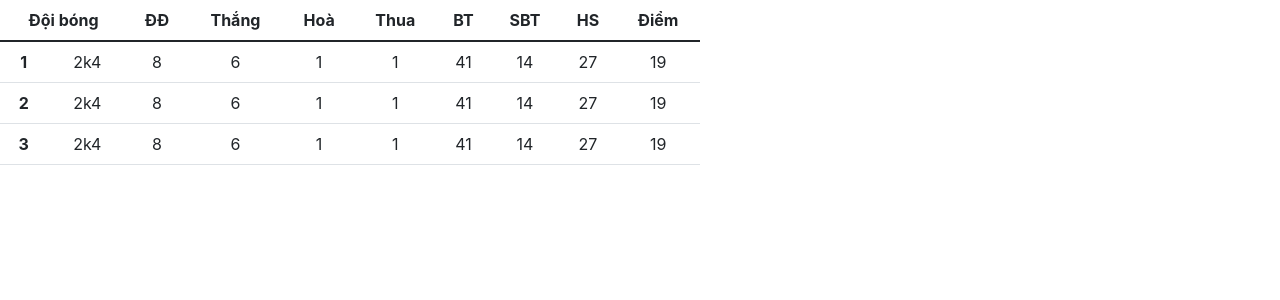
Repository: tuan842001/thulam
Page: /
An editor plug-in stored every save of this project. The page is shown before and after the next save, followed by the edit.
The browser window is 1280 px wide. The pictures show the whole page.
The project was rebuilt for these pictures with package versions that can differ from the ones it lists, and the page was loaded fresh each time.

Above is the page before, as saved 2022-01-11 14:51:04.

After the next save:
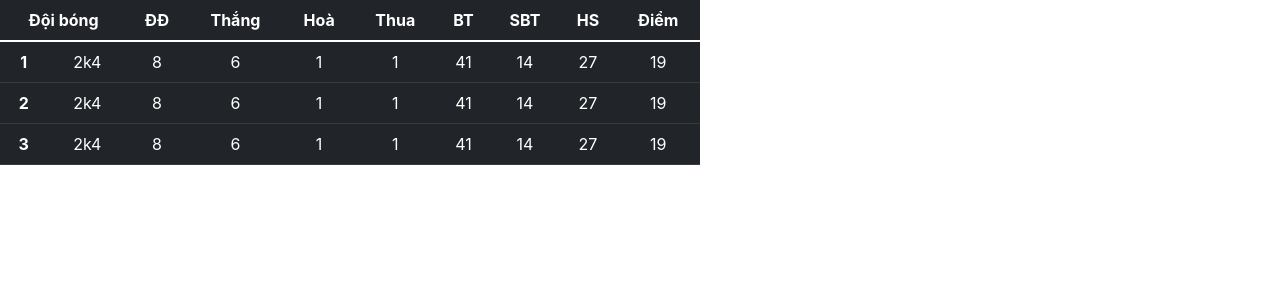
Saved 25 s later.
--- a/src/App.js
+++ b/src/App.js
@@ -3,7 +3,7 @@ import "./App.css";
 function App() {
   return (
     <div className="App">
-      <table class="table table-hover" style={{ width: "700px" }}>
+      <table class="table table-dark table-hover" style={{ width: "700px" }}>
         <thead>
           <tr>
             <th scope="col" colspan="2">
